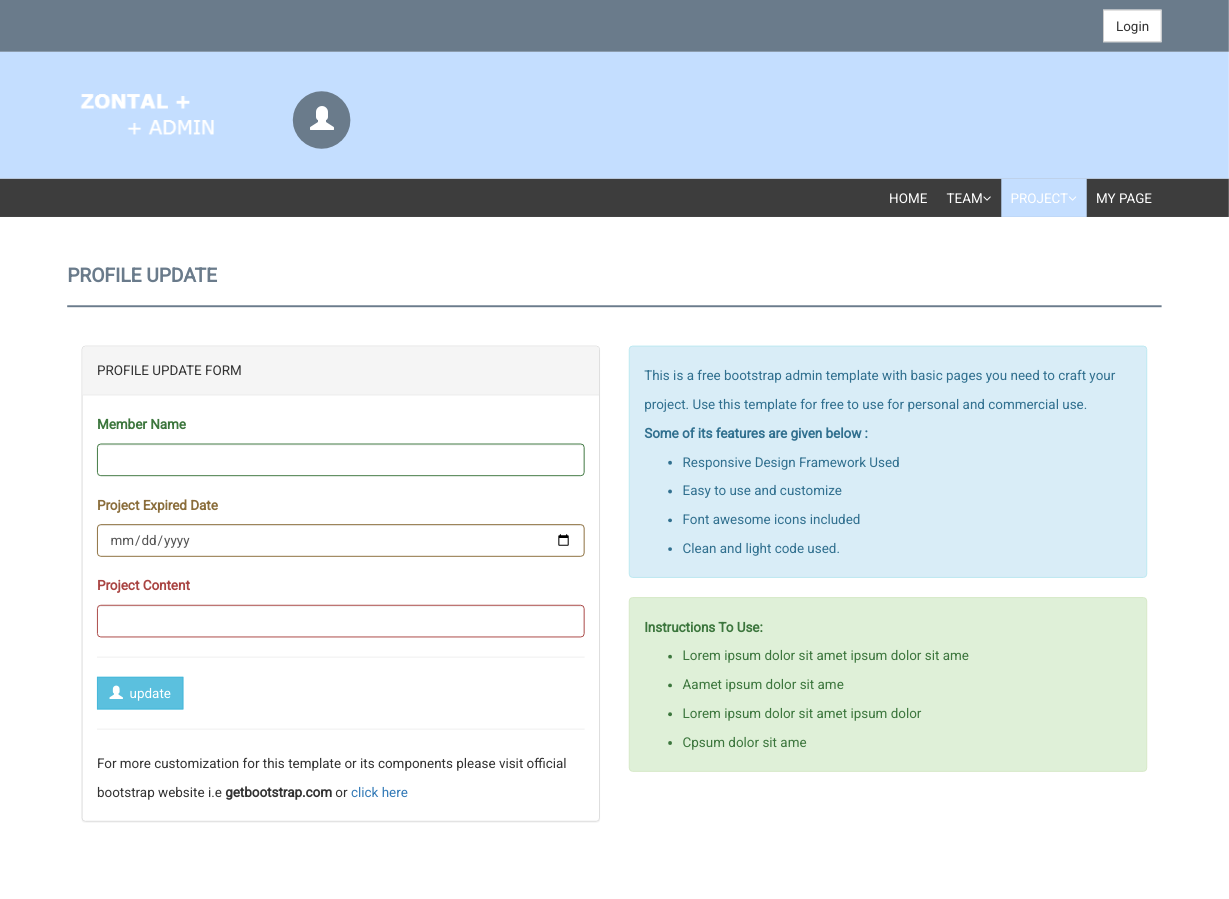
Repository: hwju91/skuniv
Page: http://localhost/0903.2/WEB-INF/jsp/mypage/mypageupdate.jsp
These files come from the project's save history. The page is drawn as it stood at one moment and after the next save; the edit follows.
The browser window is 1280 px wide. The pictures show the whole page, at 96% of full size.
The page is served by Tomcat 9. Nobody is signed in. The template is opened directly, without the code that normally fills it, so the values that code supplies are empty.

Above is the page before, as saved 2016-09-06 11:27:02.

After the next save:
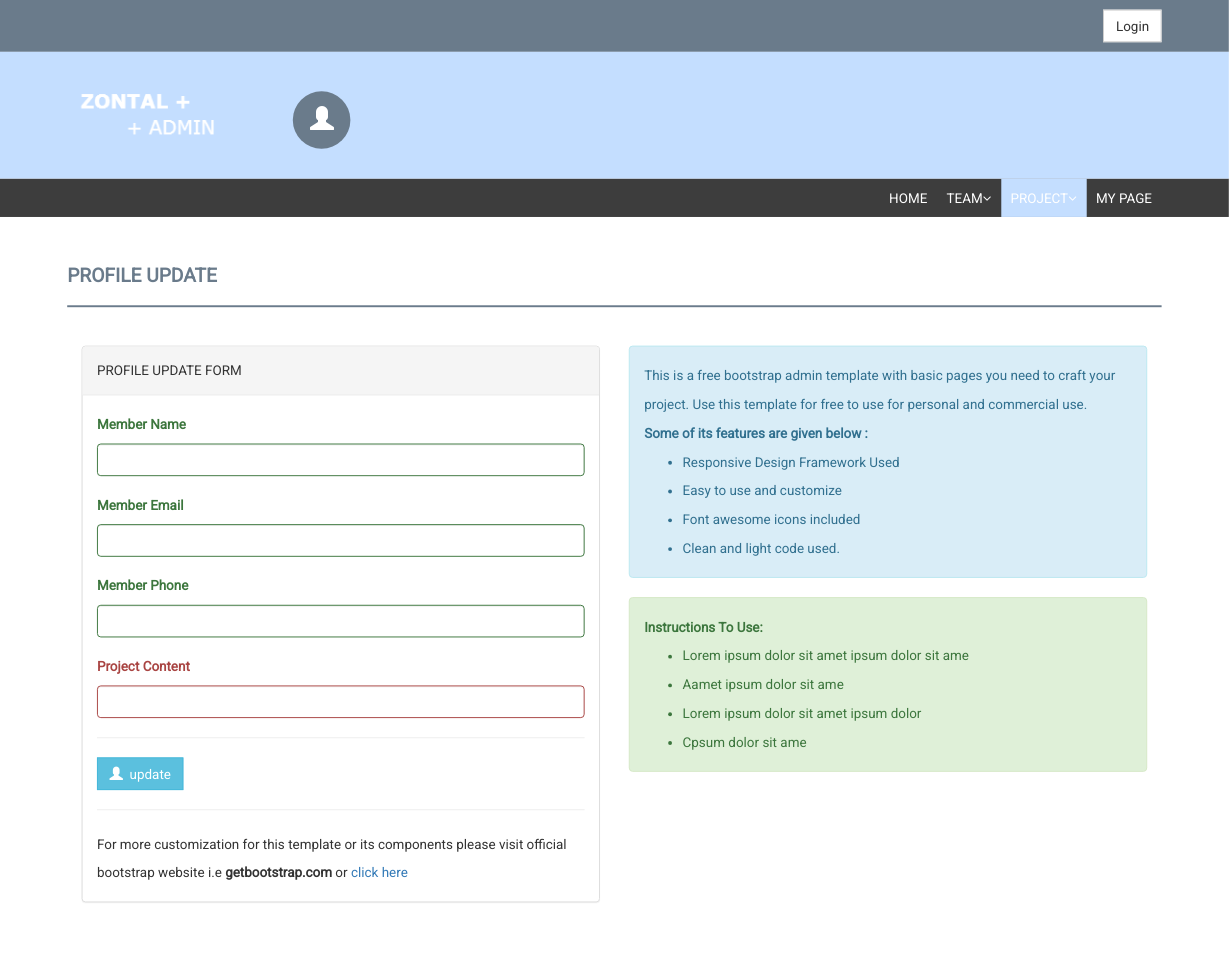
Saved 35 s later.
--- a/0903.2/WebContent/WEB-INF/jsp/mypage/mypageupdate.jsp
+++ b/0903.2/WebContent/WEB-INF/jsp/mypage/mypageupdate.jsp
@@ -30,10 +30,15 @@
                                             <label class="control-label" for="success">Member Name</label>
                                             <input type="text" class="form-control" name="pname" id="success" value="${vo.name}"/>
                                         </div>
-                                        <div class="form-group has-warning">
-                                            <label class="control-label" for="error">Project Expired Date</label>
-                                            <input type="date" class="form-control" name="pexdate" id="warning" />
+                                        <div class="form-group has-success">
+                                            <label class="control-label" for="success">Member Email</label>
+                                            <input type="text" class="form-control" name="pname" id="success" value="${vo.name}"/>
                                         </div>
+                                        <div class="form-group has-success">
+                                            <label class="control-label" for="success">Member Phone</label>
+                                            <input type="text" class="form-control" name="pname" id="success" value="${vo.name}"/>
+                                        </div>
+
                                         <div class="form-group has-error">
                                             <label class="control-label" for="error">Project Content</label>
                                             <input type="text" class="form-control" name="pcontent" id="error" value="${pvo.content}" />
